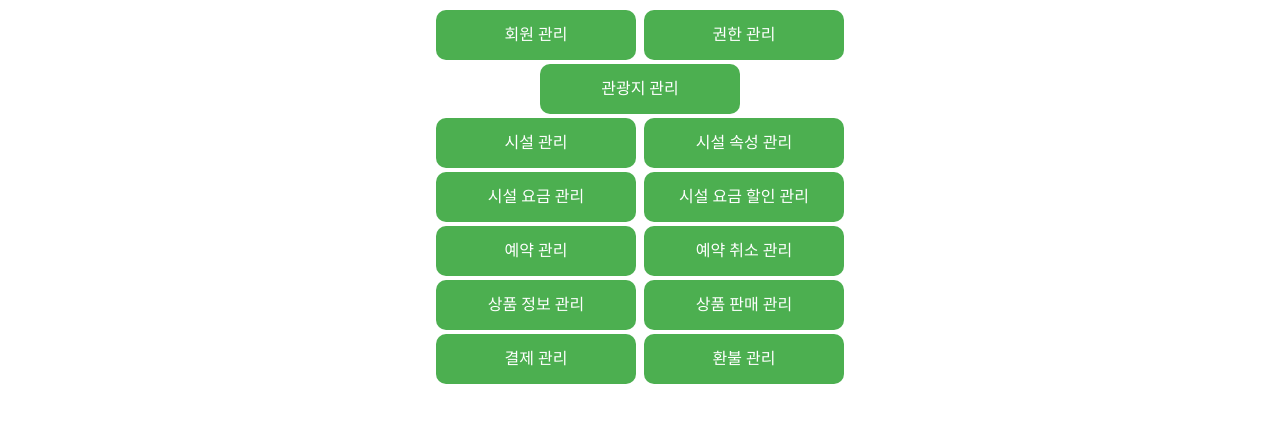
Repository: psyoongsc/SogongDo_Facility
Page: http://localhost/SogongDo_Management_System/
The author's editor kept a copy of each file at every save. The page is drawn from the files as they stood at one save, then again after a run of saves.
The browser window is 1280 px wide. The pictures show the whole page.
The page is served by Tomcat 9. Nobody is signed in. The application's start-up code is not run.

Above is the page before, as saved 2020-06-25 14:46:26.

After the next 2 saves:
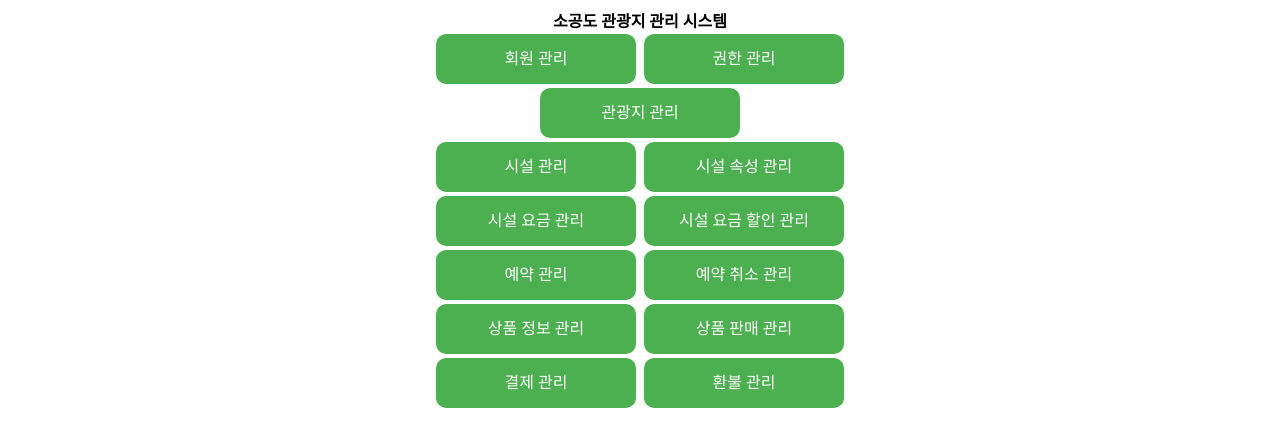
The 2 saves are shown as one change because they came seconds apart.
The last was saved 17 s later.
--- a/SogongDo_Management_System/WebContent/index.jsp
+++ b/SogongDo_Management_System/WebContent/index.jsp
@@ -4,7 +4,7 @@
 <html>
 <head>
 <meta charset="EUC-KR">
-<title>소공도 관리시스템</title>
+<title>소공도 관광지 관리 시스템</title>
 <style>
 a {
 	text-decoration: none;
@@ -36,7 +36,7 @@ a:visited {
 </head>
 <body>
 	<div class="container title">
-
+		소공도 관광지 관리 시스템
 	</div>
 	<div class="container">
 		<a href="Member/view">회원 관리</a>
